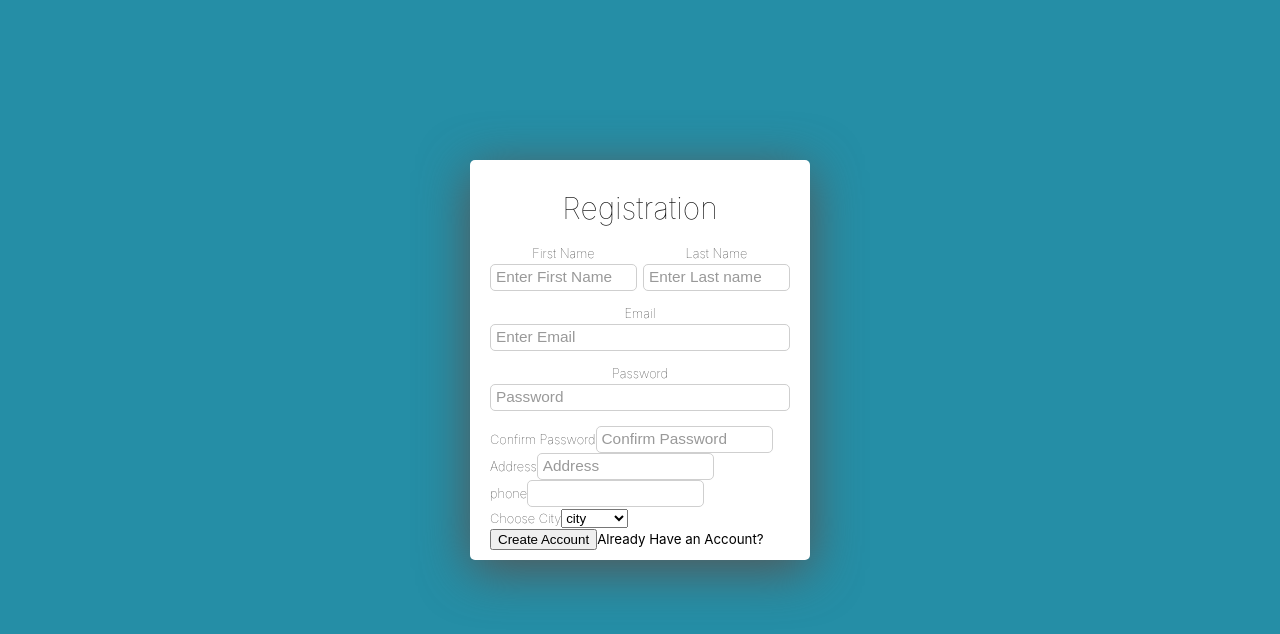
Repository: Fortune-Labs/Event-management-system-CapstoneG3
Page: / (app in frontend/)
These files come from the project's save history. The page is drawn as it stood at one moment and after the next save; the edit follows.
The browser window is 1280 px wide. The pictures show the whole page.
The project was rebuilt for these pictures with package versions that can differ from the ones it lists, and the page was loaded fresh each time.

Above is the page before, as saved 2020-09-03 01:16:30.

### frontend/src/App.js
import React from "react";
import "./App.css";
import Register from "./components/LoginSignup/register";

function App() {
  return (
    <div className="App">
      <Register />
    </div>
  );
}

export default App;

### frontend/src/components/LoginSignup/register.jsx
import React from "react";
import "./style.css";

const emailRegex = RegExp(
  /^[a-zA-Z0-9.!#$%&’*+/=?^_`{|}~-]+@[a-zA-Z0-9-]+(?:\.[a-zA-Z0-9-]+)*$/
);

const formValid = ({ formErrors, ...rest }) => {
  let valid = true;

  // validate form errors being empty
  Object.values(formErrors).forEach((val) => {
    val.length > 0 && (valid = false);
  });

  // validate the form was filled out
  Object.values(rest).forEach((val) => {
    val === null && (valid = false);
  });

  return valid;
};
export default class Register extends React.Component {
  constructor(props) {
    super(props);
    this.state = {
      firstName: null,
      lastName: null,
      email: null,
      password: null,
      cpassword: null,
      phone: null,
      address: null,
      city: null,
      formErrors: {
        firstName: "",
        lastName: "",
        email: "",
        password: "",
        cpassword: "",
        phone: "",
        address: "",
        city: "",
      },
    };
  }

  handleSubmit = (e) => {
    e.preventDefault();

    if (formValid(this.state)) {
      //bellow hello we submit form to backend
      console.log(`
        --SUBMITTING--
        First Name: ${this.state.firstName}
        Last Name: ${this.state.lastName}
        Email: ${this.state.email}
        Password: ${this.state.password}
      `);
    } else {
      console.error("FORM INVALID - DISPLAY ERROR MESSAGE");
    }
  };

  handleChange = (e) => {
    e.preventDefault();
    const { name, value } = e.target;
    let formErrors = { ...this.state.formErrors };

    switch (name) {
      case "firstName":
        formErrors.firstName =
          value.length < 3 ? "minimum 3 characaters required" : "";
        break;
      case "lastName":
        formErrors.lastName =
          value.length < 3 ? "minimum 3 characaters required" : "";
        break;
      case "email":
        formErrors.email = emailRegex.test(value)
          ? ""
          : "invalid email address";
        break;
      case "password":
        formErrors.password =
          value.length < 6 ? "minimum 6 characaters required" : "";
        break;
      default:
        break;
    }

    this.setState({ formErrors, [name]: value }, () => console.log(this.state));
  };

  render() {
    const { formErrors } = this.state;
    return (
      <div className="wrapper">
        <div className="form-wrapper">
          <h1>Registration</h1>
          <form onSubmit={this.handleSubmit} noValidate>
            <div className="firstName">
              <label htmlFor="firstName">First Name</label>
              <input
                type="text"
                name="firstName"
                placeholder="Enter First Name"
                noValidate
                onChange={this.handleChange}
              />
              {formErrors.firstName.length > 0 && (
                <span className="errorMessage">{formErrors.firstName}</span>
              )}
            </div>
            <div className="lastName">
              <label htmlFor="lastName">Last Name</label>
              <input
                type="text"
                name="lastName"
                placeholder="Enter Last name"
                noValidate
                onChange={this.handleChange}
              />
              {formErrors.lastName.length > 0 && (
                <span className="errorMessage">{formErrors.lastName}</span>
              )}
            </div>
            <div className="email">
              <label htmlFor="email">Email</label>
              <input
                type="text"
                name="email"
                placeholder="Enter Email"
                noValidate
                onChange={this.handleChange}
              />
              {formErrors.email.length > 0 && (
                <span className="errorMessage">{formErrors.email}</span>
              )}
            </div>
            <div className="password">
              <label htmlFor="password">Password</label>
              <input
                type="password"
                name="password"
                placeholder="Password"
                noValidate
                onChange={this.handleChange}
              />
              {formErrors.password.length > 0 && (
                <span className="errorMessage">{formErrors.password}</span>
              )}
            </div>
            <div className="cpassword">
              <label htmlFor="cpassword">Confirm Password</label>
              <input
                type="password"
                name="cpassword"
                placeholder="Confirm Password"
                noValidate
                onChange={this.handleChange}
              />
              {formErrors.cpassword.length > 0 && (
                <span className="errorMessage">{formErrors.cpassword}</span>
              )}
            </div>

            <div className="address">
              <label htmlFor="address">Address</label>
              <input
                type="text"
                name="address"
                placeholder="Address"
                noValidate
                onChange={this.handleChange}
              />
            </div>

            <div className="phone">
              <label htmlFor="phone">phone</label>
              <input
                type="phone"
                name="phone"
                placeholder=""
                noValidate
                onChange={this.handleChange}
              />
            </div>

            <div className="city">
              <label htmlFor="city">Choose City</label>
              <select
                id="city"
                name="city"
                noValidate
                onChange={this.handleChange}
              >
                <option value="" disabled selected hidden>
                  city
                </option>
                <option value="acc">Accra</option>
                <option value="tma">Tamale</option>
                <option value="ksi">Kumasi</option>
              </select>
            </div>

            <div className="register action-counter">
              <button onClick={this.register} type="submit" className="btn">
                Create Account
              </button>
              <small>Already Have an Account?</small>
            </div>
          </form>
        </div>
      </div>
    );
  }
}

### frontend/src/components/LoginSignup/style.css
.wrapper {
  height: 100vh;
  width: 100%;
  display: flex;
  flex-direction: column;
  justify-content: center;
  align-items: center;
  background-color: #258ea6;
}

.form-wrapper {
  width: 300px;
  display: flex;
  flex-direction: column;
  padding: 10px 20px;
  border-radius: 5px;
  box-shadow: 0px 10px 50px #555;
  background-color: #ffffff;
}

form {
  width: 100%;
  display: flex;
  flex-wrap: wrap;
}

h1 {
  text-align: center;

  color: #111;
  font-size: 30px;
  font-weight: lighter;
  font-family: -apple-system, BlinkMacSystemFont, "Segoe UI", Roboto, Oxygen,
    Ubuntu, Cantarell, "Open Sans", "Helvetica Neue", sans-serif;
}

label {
  font-size: 0.8em;
  margin-bottom: 0.25em;
  color: #222;
  font-weight: lighter;
}

input {
  padding: 5px 5px;
  border-radius: 5px;
  outline: none;
  border: 1px solid #cfcfcf;
  font-size: 0.8em;
}

input::placeholder {
  font-size: 1.2em;
  font-weight: lighter;
  color: #999;
}

input.error {
  border: 1px solid red;
}

.errorMessage {
  color: red;
  font-size: 0.75em;
  display: relative;
}

.firstName {
  margin-right: 1%;
}

.lastName {
  margin-left: 1%;
}

.firstName,
.lastName,
.email,
.password {
  display: flex;
  flex-direction: column;
  margin-bottom: 15px;
}

.firstName,
.lastName {
  width: 49%;
}

.email,
.password {
  width: 100%;
}

.createAccount {
  width: 100%;
  display: flex;
  flex-direction: column;
  align-items: center;
}

.createAccount button {
  background-color: #519e8a;
  color: #fff;
  border: 2px solid #fff;
  width: 100%;
  margin-top: 1em;
  padding: 8px 0px;
  font-size: 1em;
  font-weight: lighter;
  letter-spacing: 1px;
  margin-bottom: 0.25em;
}

.createAccount button:hover {
  color: #519e8a;
  background-color: #fff;
  border: 2px solid #519e8a;
}

.createAccount small {
  color: #999;
  font-weight: lighter;
}

Loaded but not shown: frontend/public/index.html (common file); frontend/src/index.js (common file); frontend/src/index.css (common file); frontend/src/serviceWorker.js (common file); frontend/src/App.css (common file)

After the next save:
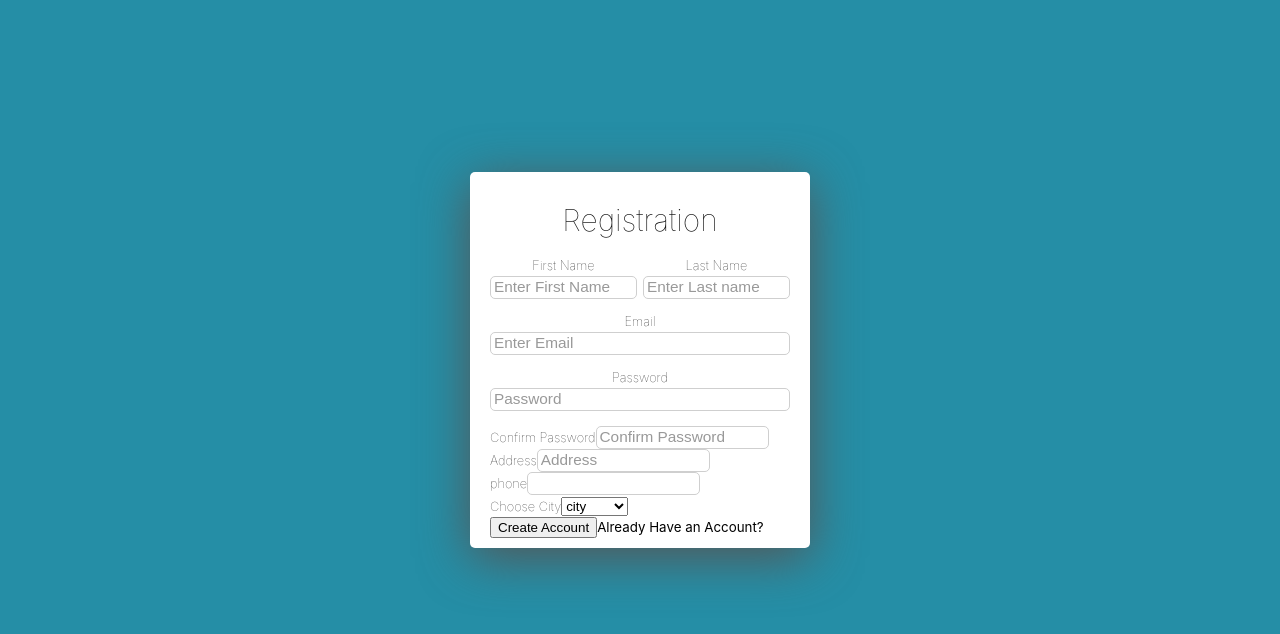
Saved 19 s later.
--- a/frontend/src/components/LoginSignup/style.css
+++ b/frontend/src/components/LoginSignup/style.css
@@ -42,7 +42,7 @@ label {
 }
 
 input {
-  padding: 5px 5px;
+  padding: 3px 3px;
   border-radius: 5px;
   outline: none;
   border: 1px solid #cfcfcf;
